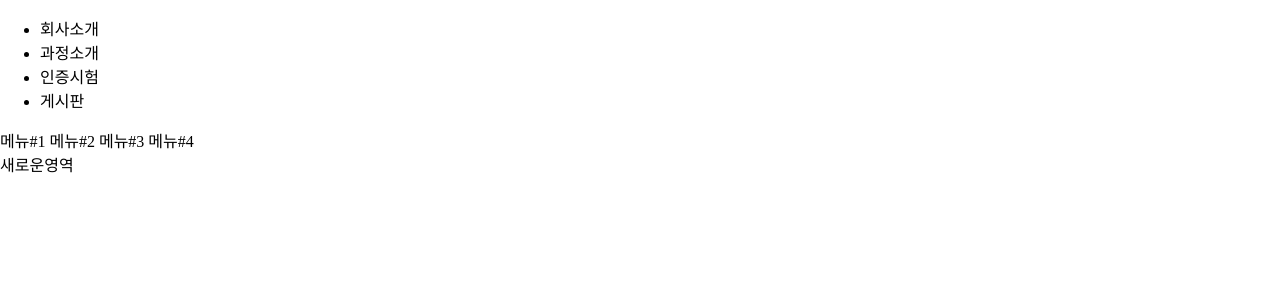
Repository: gyetol/web
Page: 4_11_web/CSS/WebContent/index.html
An editor plug-in stored every save of this project. The page is shown before and after the next save, followed by the edit.
The browser window is 1280 px wide. The pictures show the whole page.

Above is the page before, as saved 2020-04-11 07:51:57.

### 4_11_web/CSS/WebContent/index.html
<!DOCTYPE html>
<html lang="en">
<head>
    <meta charset="UTF-8">
    <title>gg</title>
    <link rel="stylesheet" href="css/style.css">
</head>
<body>

<ul>
<li>회사소개</li>
<li>과정소개</li>
<li>인증시험</li>
<li>게시판</li>
</ul>

<div class="navi">
<span>메뉴#1</span>
<span>메뉴#2</span>
<span>메뉴#3</span>
<span>메뉴#4</span>
</div>
<div>
새로운영역
</div>



</body>
</html>

### 4_11_web/CSS/WebContent/css/style.css
body{
	margin:0;
	padding:0;

}

ul.li{list-style:none;}
ul::before, ul::after{
	content:'';
	display:block;
	clear:both;
}

After the next save:
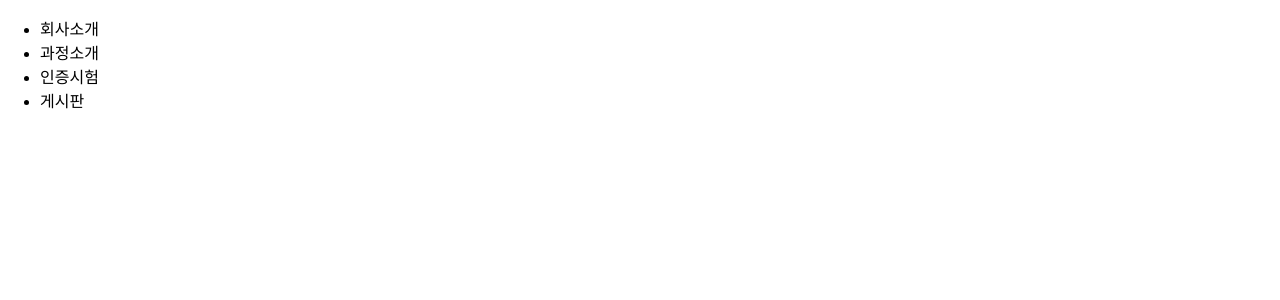
Saved 24 s later.
--- a/4_11_web/CSS/WebContent/index.html
+++ b/4_11_web/CSS/WebContent/index.html
@@ -14,17 +14,6 @@
 <li>게시판</li>
 </ul>
 
-<div class="navi">
-<span>메뉴#1</span>
-<span>메뉴#2</span>
-<span>메뉴#3</span>
-<span>메뉴#4</span>
-</div>
-<div>
-새로운영역
-</div>
-
-
 
 </body>
 </html>
